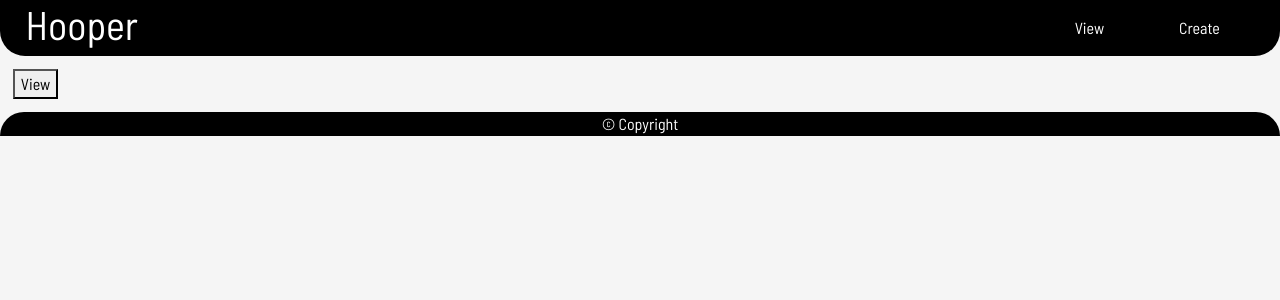
Repository: vlasarte/Hooper
Page: index.html
An editor plug-in stored every save of this project. The page is shown before and after the next save, followed by the edit.
The browser window is 1280 px wide. The pictures show the whole page.

Above is the page before, as saved 2020-02-24 17:25:44.

After the next save:
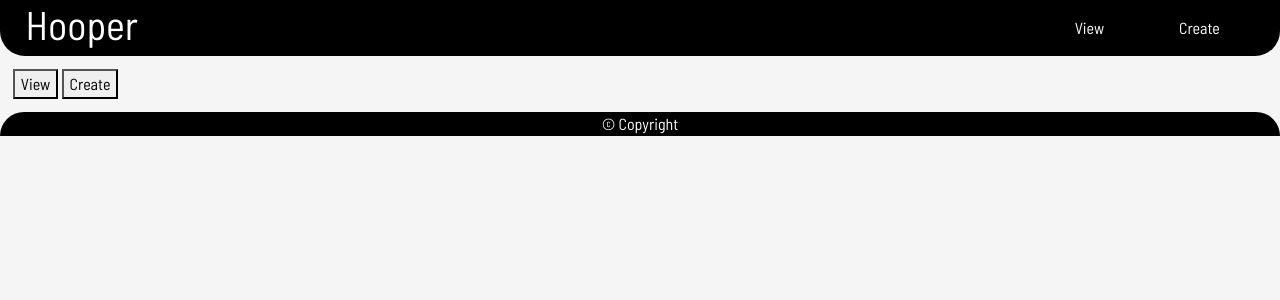
Saved 10 s later.
--- a/index.html
+++ b/index.html
@@ -38,6 +38,7 @@
         <div class="body-container">
 
             <button>View</button>
+            <button>Create</button>
 
 
         </div>
